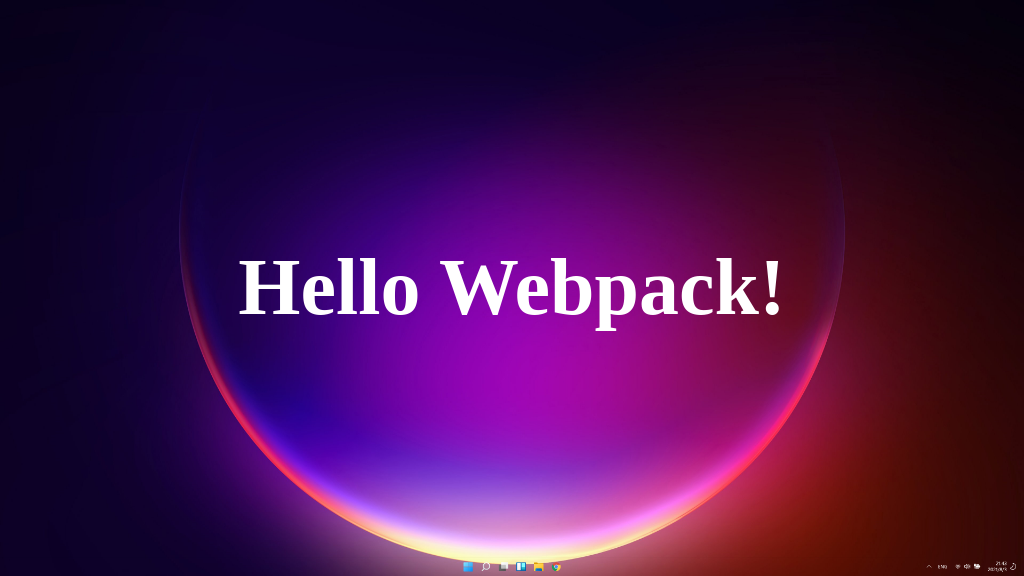
Repository: ErosHai/Home
Page: / (app in vscode/webpack/)
These files come from the project's save history. The page is drawn as it stood at one moment and after a run of saves; the edit follows.
The browser window is 1280 px wide. The pictures show the whole page, at 80% of full size.
The project was rebuilt for these pictures with package versions that can differ from the ones it lists, and the page was loaded fresh each time. Also part of the build but not shown: vscode/webpack/webpack.config.js.

Above is the page before, as saved 2021-08-31 16:48:19.

After the next 4 saves:
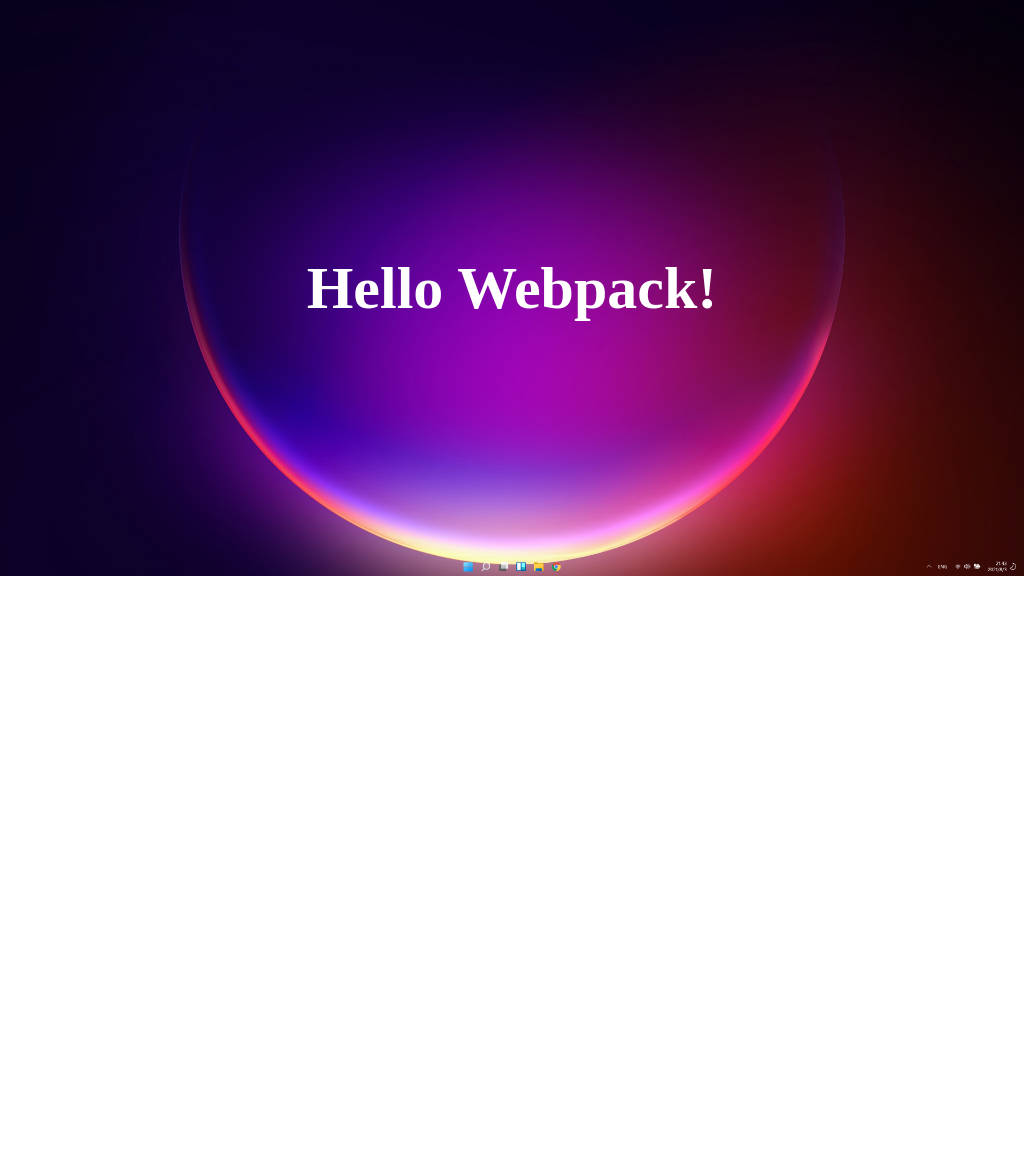
The 4 saves are shown as one change because 3 did not build or start.
The last was saved 85 s later.
--- a/vscode/webpack/main.js
+++ b/vscode/webpack/main.js
@@ -12,7 +12,14 @@ require('./src/img/windows11.png')
 
 const vm = new Vue({
   el:'#app',
+  template:`
+    <div>
+      <h2> {{ msg }}</h2>
+      <h2> {{ name }}</h2>
+    </div>
+  `,
   data:{
-    msg: 'Hello Webpack! '
+    msg: 'Hello Webpack!',
+    name: 'Wang YiRong'
   }
 })
